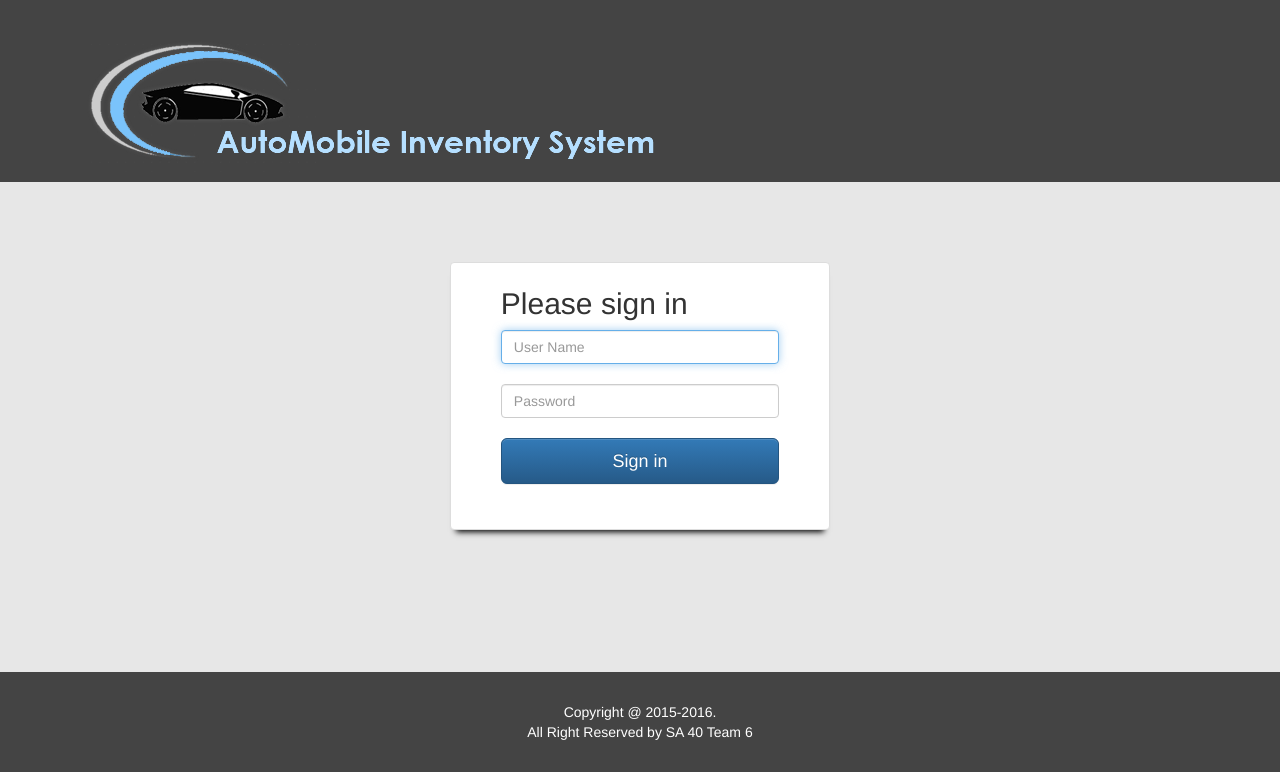
Repository: JiorMajor/InventorySystemWorkspace
Page: http://localhost/InventoryWebSA40Team6/ShowLogin
An editor plug-in stored every save of this project. The page is shown before and after the next save, followed by the edit.
The browser window is 1280 px wide. The pictures show the whole page.
The page is served by Tomcat 9. Other server files are loaded and not shown.

Above is the page before, as saved 2015-06-12 18:07:19.

### InventoryWebSA40Team6/WebContent/WEB-INF/decorators.xml
<?xml version="1.0" encoding="UTF-8"?>
<decorators defaultdir="/decorators">
    <decorator name="basic-theme" page="master-theme.jsp">
        <pattern>/pages/*</pattern>
    </decorator>
</decorators>

### InventoryWebSA40Team6/WebContent/index.jsp
<?xml version="1.0" encoding="UTF-8" ?>
<%@ taglib uri="http://www.opensymphony.com/sitemesh/decorator"
	prefix="decorator"%>
<%@ taglib prefix="c" uri="http://java.sun.com/jsp/jstl/core"%>
<html xmlns="http://www.w3.org/1999/xhtml">
<head>

<meta charset="utf-8">
<meta http-equiv="X-UA-Compatible" content="IE=edge">
<meta name="viewport" content="width=device-width, initial-scale=1">
<title>SitemeshDemo</title>
<!-- Bootstrap -->
<link href="bootstrap/css/bootstrap.min.css" type="text/css" rel="stylesheet" />
<link href="bootstrap/css/bootstrap-theme.min.css" type="text/css" rel="stylesheet" />
<link href="bootstrap/css/style.css" type="text/css" rel="stylesheet" />
<script type="text/javascript" src="bootstrap/js/jquery-1.11.3.min.js"></script>
<script type="text/javascript" src="bootstrap/js/bootstrap.min.js"></script>
<script type="text/javascript" src="bootstrap/js/modal.js"></script>
</head>
<body>
	<div class="header">
		<div class="container">
			<div class="row ">
				<div class="col-lg-12">
					<a href="#"><img src='images/3.png'></a>
				</div>
			</div>
		</div>
	</div><!-- End header -->

	<div class="container" style="height:490px">
	<div class="row">
	<div class="col-md-12 col-sm-12 col-xs-12" >
	<br><br><br><br>
	</div>
	</div>
	  <div class="row">
	  <div class="container">
	  <div class="col-md-4 col-sm-4 col-xs-4"></div>
	  <div class="col-md-4 col-sm-4 col-xs-4 thumbnail"
	  style="-webkit-box-shadow: 0 8px 6px -6px black;
			 -moz-box-shadow: 0 8px 6px -6px black;
			  box-shadow: 0 8px 6px -6px black;">
	  <div class="col-md-1"></div>
	  <div class="col-md-10">
      <form class="form-signin" action="/InventoryWebSA40Team6/ValidateLogin" method=post>
        <h2 class="form-signin-heading">Please sign in</h2>
		<c:if test="${flag==\"false\"}">
			<h4 style="color:red">Invalid Login! Please try again.</h4>
		</c:if>
        <label for="inputEmail" class="sr-only">Email address</label>
        <input type="text" id="inputEmail" class="form-control" placeholder="User Name" name="name" required autofocus>
        <br>
        <label for="inputPassword" class="sr-only">Password</label>
        <input type="password" id="inputPassword" class="form-control" placeholder="Password" name="password" required>
        <br>
        <button class="btn btn-lg btn-primary btn-block" type="submit">Sign in</button>
        <br><br>
      </form>
      </div>
      <div class="col-md-1"></div>

      <div class="col-md-4"></div>
      </div>
      </div>
      </div>
    </div> <!-- /container -->

		<div class="footer">
	<div class="container">
			<div class="row">
				<div class="col-lg-12">
					<center><p>Copyright @ 2015-2016.<br>All Right Reserved by SA 40 Team 6</p></center>
				</div>
			</div>
		</div>

	</div>
</body>
</html>

### InventoryWebSA40Team6/src/controller/ShowLogin.java
package controller;

import java.io.IOException;

import javax.servlet.RequestDispatcher;
import javax.servlet.ServletException;
import javax.servlet.annotation.WebServlet;
import javax.servlet.http.HttpServlet;
import javax.servlet.http.HttpServletRequest;
import javax.servlet.http.HttpServletResponse;

/**
 * Servlet implementation class ShowLogin
 */
@WebServlet("/ShowLogin")
public class ShowLogin extends HttpServlet {
	private static final long serialVersionUID = 1L;

    /**
     * @see HttpServlet#HttpServlet()
     */
    public ShowLogin() {
        super();
        // TODO Auto-generated constructor stub
    }

	/**
	 * @see HttpServlet#doGet(HttpServletRequest request, HttpServletResponse response)
	 */
	protected void doGet(HttpServletRequest request, HttpServletResponse response) throws ServletException, IOException {
		// TODO Auto-generated method stub
		RequestDispatcher rd = request.getRequestDispatcher("/index.jsp");
		rd.forward(request, response);
	}

	/**
	 * @see HttpServlet#doPost(HttpServletRequest request, HttpServletResponse response)
	 */
	protected void doPost(HttpServletRequest request, HttpServletResponse response) throws ServletException, IOException {
		// TODO Auto-generated method stub
	}

}

### InventoryWebSA40Team6/WebContent/bootstrap/css/style.css
@CHARSET "UTF-8";
*{
	margin:0 auto;
	padding:0 auto;
}
body{
	background:#e7e7e7;
}

.header{
	padding:30px 0 ;
	border:1px solid #ccc;
    padding: 10px 0;
    width: 100%;
    background:#444;
    border:0;
    margin:0;

}
.header img{border:0;}
.menu{
	background: #ccc;
	box-shadow:2px -1px 13px #333;

}
.footer{
	background:#444;
	padding:30px 0;
	width:100%;
	height:100px;
}
p{
	color:#fff;
}
img{
	border:1px solid #ccc;
}
.main{
	padding-top:30px;
	padding-bottom:30px;
}
.main p{
	color:#333;
}
.navbar-default{
	color:none;
	border:none;
	box-shadow:none;
}
.navbar{margin-bottom:0;}
.navbar-header{
	background:none;
	color:#fff;
}
a.navbar-brand{
	color:none;
	padding-left:0;
	padding-right: 70px;
}
.navbar-default{
	background:none;
	padding:0;
}
.navbar-default .navbar-brand{color:#444;}

h1{padding-bottom:30px;}*/

select{
	width:100%;
	padding-top:10px;
	padding-bottom:4px;

}
/*
table{
	width:100%;

}

table tr td{
	border:1px solid #ccc;
	padding:5px;
	text-algin:center;

}
table form input{
	width:50%;
}
table tr td input{
	margin:5px;

}

table tr.title{
	font-weight: bold;
	font-size:16px;

}*/

.button{
	margin-top:20px;
	float:right;
}
hr{border-color:rgb(204,204,204);}

.imp{
	color:red;
	font-weight: bold;
	font-size:16px;
}
h4.success{
	color:green;
	background:#f0f0f0;
	border:1px solid #ccc;
	padding:10px;
	margin:0 0 35px;
}

.navbar-default .navbar-nav > li > a{
	color: #333;
    font-size: 15px;

}

.navbar-default .navbar-nav > li > a:focus, .navbar-default .navbar-nav > li > a:hover{
	background: rgb(231,231,231);
}
.dropdown-menu{
	padding-top:0;

}
.dropdown-menu .divider{
	margin:0 0;
	border-bottom: 1px dashed;
	background-color: #ccc;
    height: 0;
}
.dropdown-menu > li > a{
	padding-top:10px;
	padding-bottom:10px;
	color:#ccc;
}
.dropdown-menu{
	background-color: #595959;
	opacity:0.4%;
}
.alert-danger{
	float:left;
	margin-bottom:20px;
	width:100%;
}

.cus{
	margin:20px 0;
}
.navbar-nav .open .dropdown-menu{
	background-color: #ccc;
}
#bs-example-navbar-collapse-1 > ul> li>ul .navbar-nav .open .dropdown-menu {
	background: #ccc;
}

#bs-example-navbar-collapse-1 > ul > li > ul.dropdown-menu{
	background-color:#595959;
	opacity:0.4%;
}
#bs-example-navbar-collapse-1 > ul > li > ul > li> a{
	color:#ccc;
}
#bs-example-navbar-collapse-1 > ul > li > ul > li> a:hover{
	background: rgb(231,231,231);
	color:#333;
}

### InventoryWebSA40Team6/WebContent/bootstrap/js/modal.js
/**
 *
 */
$('#myModal').on('shown.bs.modal', function () {
  $('#myInput').focus()
})

Loaded but not shown: InventoryWebSA40Team6/WebContent/bootstrap/css/bootstrap.min.css (library); InventoryWebSA40Team6/WebContent/bootstrap/css/bootstrap-theme.min.css (library); InventoryWebSA40Team6/WebContent/bootstrap/js/jquery-1.11.3.min.js (library); InventoryWebSA40Team6/WebContent/bootstrap/js/bootstrap.min.js (library)

After the next save:
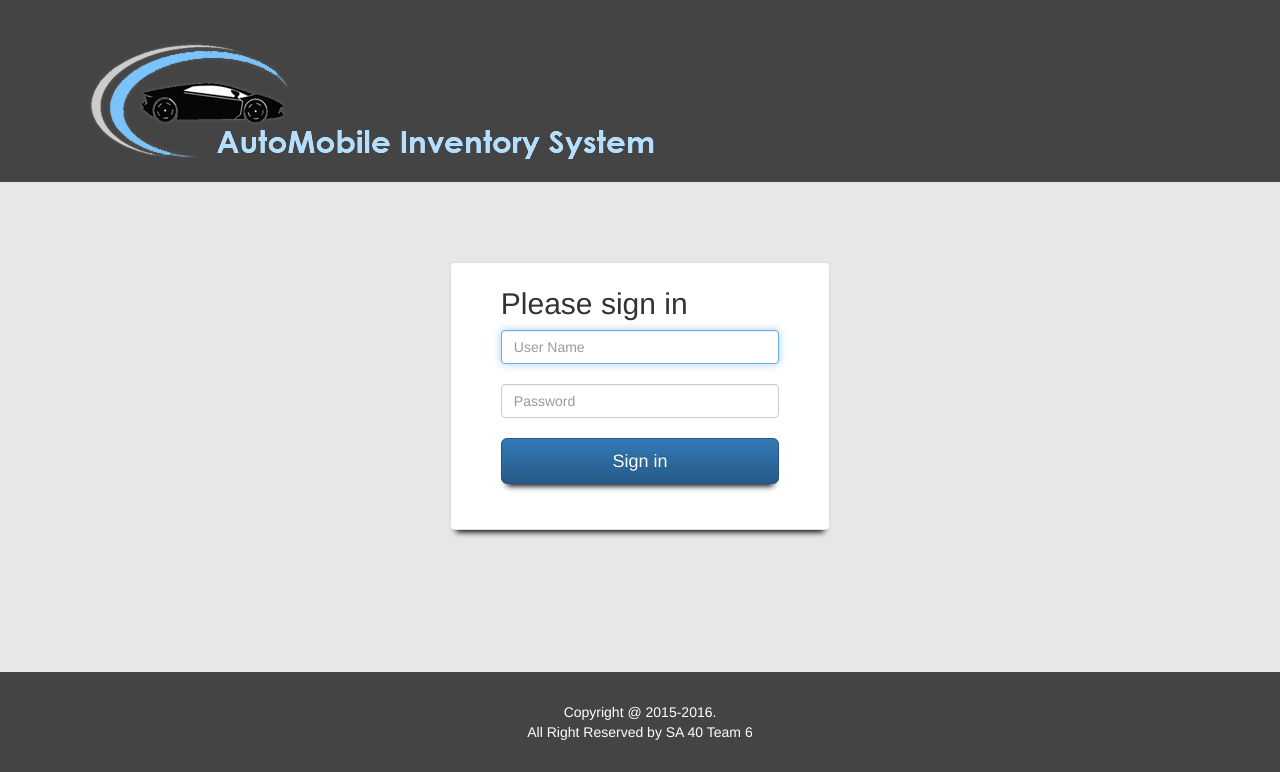
Saved 56 s later.
--- a/InventoryWebSA40Team6/WebContent/index.jsp
+++ b/InventoryWebSA40Team6/WebContent/index.jsp
@@ -54,7 +54,9 @@
         <label for="inputPassword" class="sr-only">Password</label>
         <input type="password" id="inputPassword" class="form-control" placeholder="Password" name="password" required>
         <br>
-        <button class="btn btn-lg btn-primary btn-block" type="submit">Sign in</button>
+        <button class="btn btn-lg btn-primary btn-block" type="submit" style="-webkit-box-shadow: 0 8px 6px -6px black;
+			 -moz-box-shadow: 0 8px 6px -6px black;
+			  box-shadow: 0 8px 6px -6px black;">Sign in</button>
         <br><br>
       </form>
       </div>
